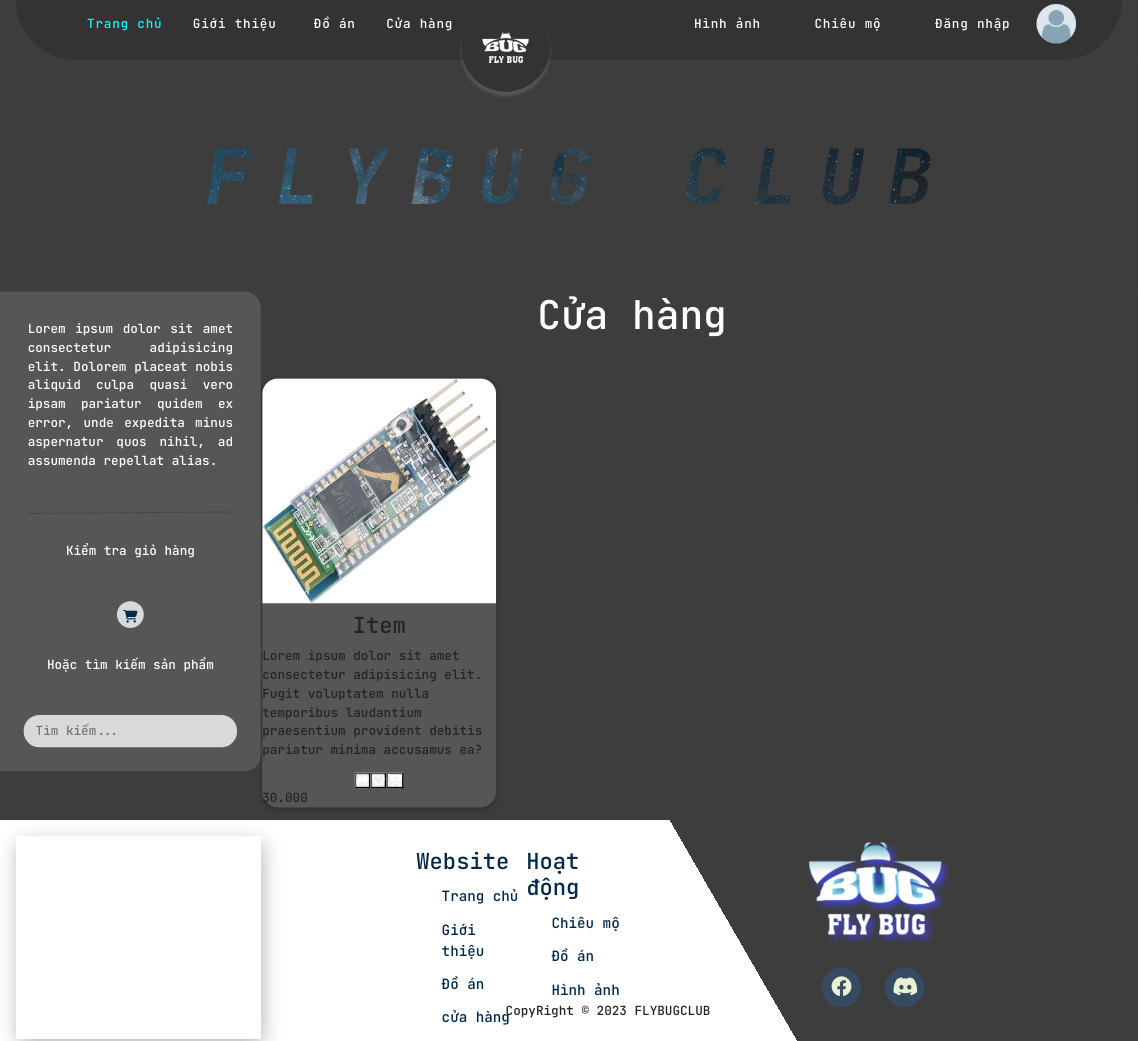
Repository: NQD2308/FlyBugClub_WebApp
Page: PROJECT FLYNUG/html/store.html
These files come from the project's save history. The page is drawn as it stood at one moment and after the next save; the edit follows.
The browser window is 1280 px wide. The page is 1440 px wide, so the pictures cover 1440 px, including what lies to the right of the window. The pictures show the whole page, at 79% of full size.
Pictures or frames that could not be fetched are drawn as grey boxes.

Above is the page before, as saved 2023-09-18 10:58:09.

After the next save:
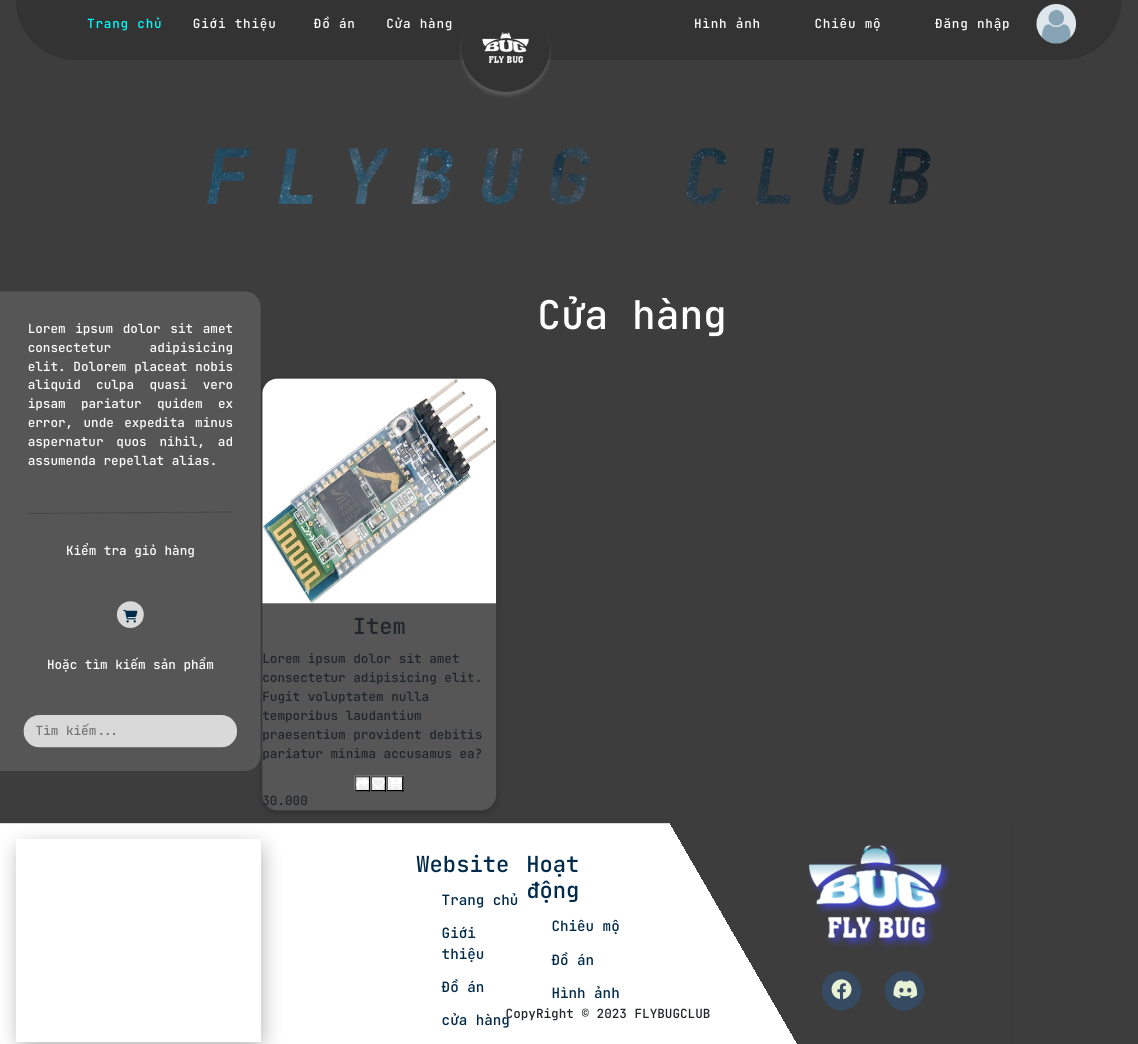
Saved 8 s later.
--- a/PROJECT FLYNUG/css/style.css
+++ b/PROJECT FLYNUG/css/style.css
@@ -213,7 +213,7 @@
 }
 
 .body .right .store h3{
-    margin: 10px 0;
+    margin: 12px 0;
     text-align: center;
 }
 
